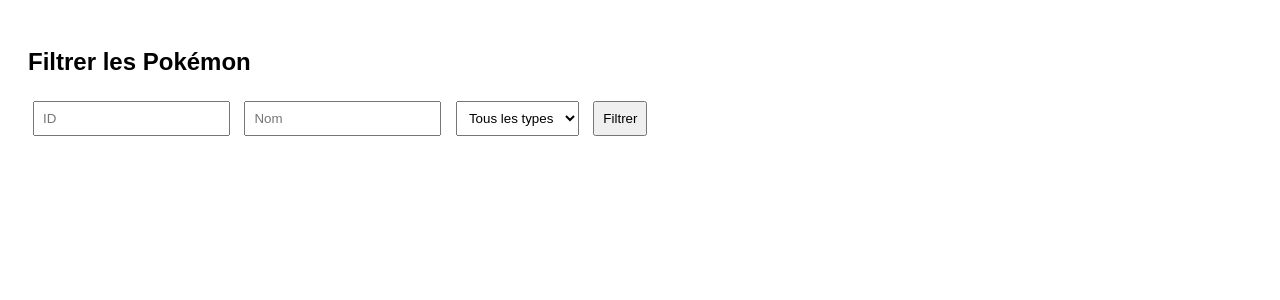
Repository: karim-sebih/runtrackJs
Page: jour4/job3/index.html
An editor plug-in stored every save of this project. The page is shown before and after the next save, followed by the edit.
The browser window is 1280 px wide. The pictures show the whole page.

Above is the page before, as saved 2025-03-19 12:18:49.

After the next save:
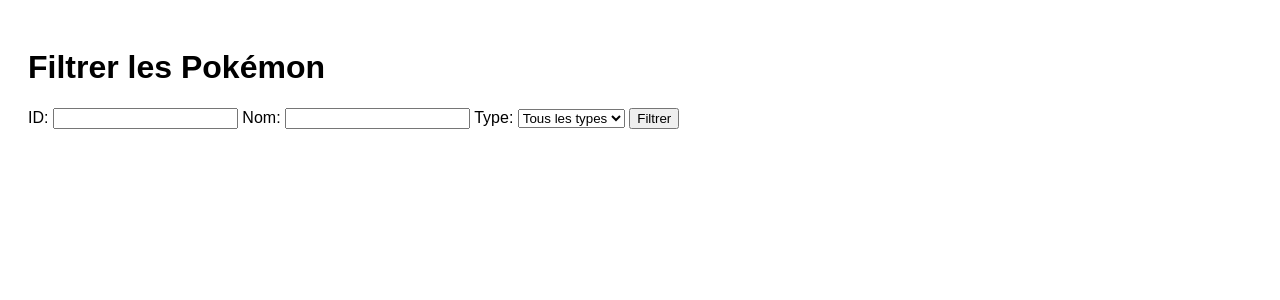
Saved 16 s later.
--- a/jour4/job3/index.html
+++ b/jour4/job3/index.html
@@ -1,25 +1,56 @@
+
 <!DOCTYPE html>
 <html lang="fr">
 <head>
     <meta charset="UTF-8">
     <meta name="viewport" content="width=device-width, initial-scale=1.0">
-    <link rel="stylesheet" href="index.css">
-    <script src="script.js" type="text/javascript"></script>
-    <title>Filtrer Pokémon</title>
-
+    <title>Filtrer les Pokémon</title>
+    <style>
+        /* Un peu de style pour rendre l'interface plus agréable */
+        body {
+            font-family: Arial, sans-serif;
+            padding: 20px;
+        }
+        #result {
+            margin-top: 20px;
+        }
+        .pokemon {
+            border: 1px solid #ddd;
+            padding: 10px;
+            margin-bottom: 10px;
+            background-color: #f9f9f9;
+        }
+    </style>
 </head>
 <body>
+    <h1>Filtrer les Pokémon</h1>
+    <form id="filterForm">
+        <label for="id">ID:</label>
+        <input type="text" id="id" name="id">
 
-    <h2>Filtrer les Pokémon</h2>
-    <input type="text" id="idFilter" placeholder="ID">
-    <input type="text" id="nameFilter" placeholder="Nom">
-    <select id="typeFilter">
-        <option value="">Tous les types</option>
-    </select>
-    <button id="pokemonfilter">Filtrer</button>
+        <label for="name">Nom:</label>
+        <input type="text" id="name" name="name">
 
-    <ul id="pokemonList"></ul>
+        <label for="type">Type:</label>
+        <select id="type" name="type">
+            <option value="">Tous les types</option>
+            <option value="fire">Feu</option>
+            <option value="water">Eau</option>
+            <option value="grass">Plante</option>
+            <option value="poison">Poison</option>
+            <option value="dragon">Dragon</option>
+            <option value="psychic">Psychic</option>
+            <option value="ghost">Ghost</option>
+            <option value="ground">Ground</option>
 
+        </select>
 
+        <input type="button" value="Filtrer" onclick="filterPokemon()">
+    </form>
+
+    <!-- Résultat du filtrage -->
+    <div id="result"></div>
+
+    <script src="script.js"></script>
 </body>
 </html>

After the save that followed:
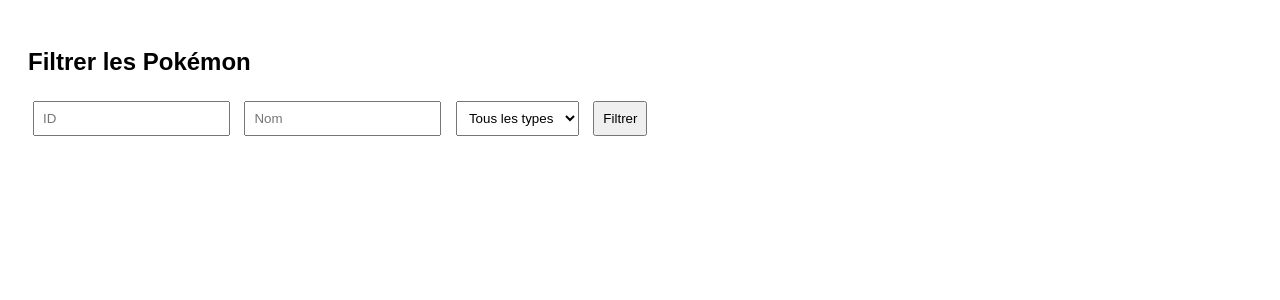
Saved 47 s later.
--- a/jour4/job3/index.html
+++ b/jour4/job3/index.html
@@ -1,56 +1,25 @@
-
 <!DOCTYPE html>
 <html lang="fr">
 <head>
     <meta charset="UTF-8">
     <meta name="viewport" content="width=device-width, initial-scale=1.0">
-    <title>Filtrer les Pokémon</title>
-    <style>
-        /* Un peu de style pour rendre l'interface plus agréable */
-        body {
-            font-family: Arial, sans-serif;
-            padding: 20px;
-        }
-        #result {
-            margin-top: 20px;
-        }
-        .pokemon {
-            border: 1px solid #ddd;
-            padding: 10px;
-            margin-bottom: 10px;
-            background-color: #f9f9f9;
-        }
-    </style>
+    <link rel="stylesheet" href="index.css">
+    <script src="script.js" type="text/javascript"></script>
+    <title>Filtrer Pokémon</title>
+
 </head>
 <body>
-    <h1>Filtrer les Pokémon</h1>
-    <form id="filterForm">
-        <label for="id">ID:</label>
-        <input type="text" id="id" name="id">
 
-        <label for="name">Nom:</label>
-        <input type="text" id="name" name="name">
+    <h2>Filtrer les Pokémon</h2>
+    <input type="text" id="idFilter" placeholder="ID">
+    <input type="text" id="nameFilter" placeholder="Nom">
+    <select id="typeFilter">
+        <option value="">Tous les types</option>
+    </select>
+    <button id="pokemonfilter">Filtrer</button>
 
-        <label for="type">Type:</label>
-        <select id="type" name="type">
-            <option value="">Tous les types</option>
-            <option value="fire">Feu</option>
-            <option value="water">Eau</option>
-            <option value="grass">Plante</option>
-            <option value="poison">Poison</option>
-            <option value="dragon">Dragon</option>
-            <option value="psychic">Psychic</option>
-            <option value="ghost">Ghost</option>
-            <option value="ground">Ground</option>
+    <ul id="pokemonList"></ul>
 
-        </select>
 
-        <input type="button" value="Filtrer" onclick="filterPokemon()">
-    </form>
-
-    <!-- Résultat du filtrage -->
-    <div id="result"></div>
-
-    <script src="script.js"></script>
 </body>
 </html>
